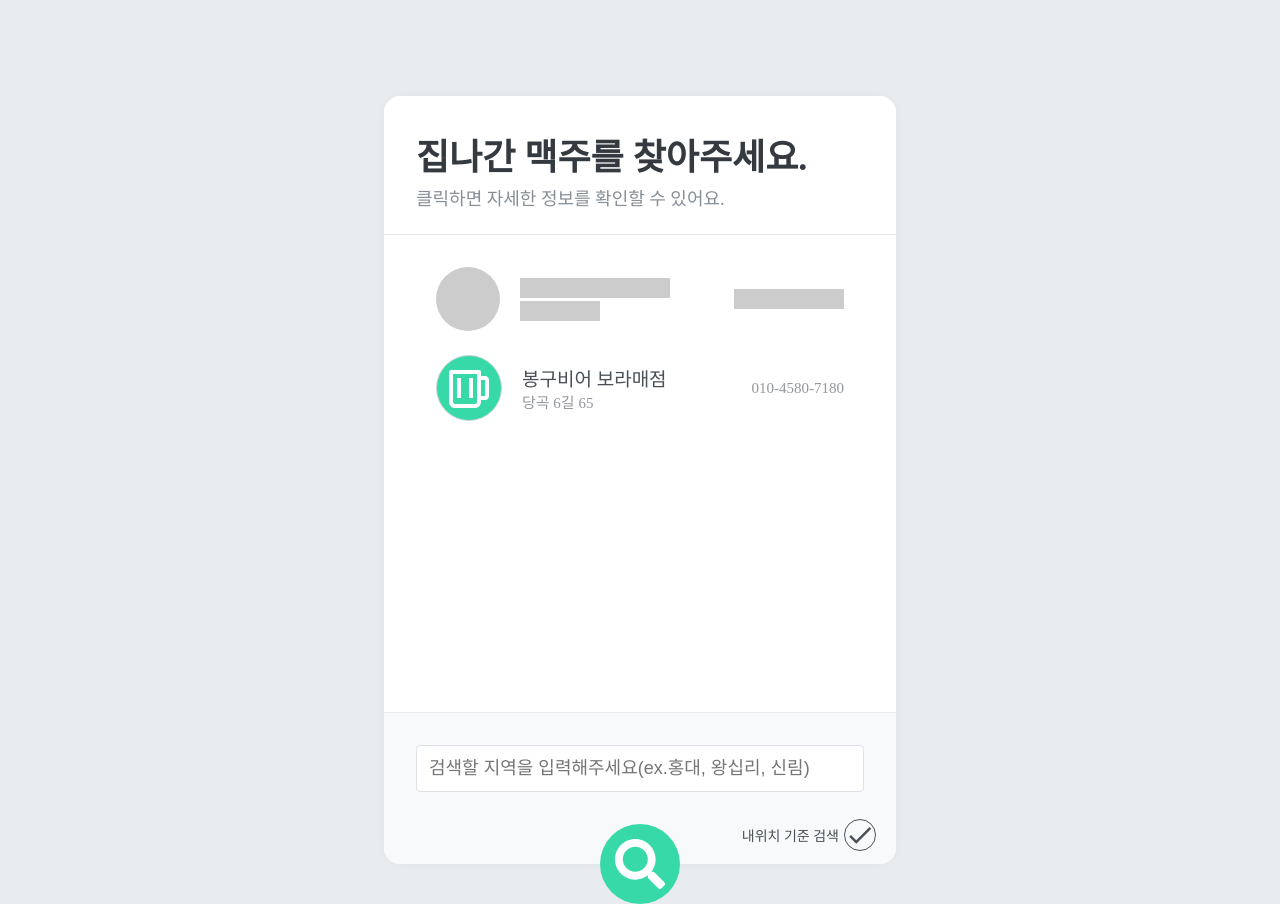
Repository: THE-SOPT-WEB/kimNamjun
Page: / (app in week4/bring-my-beer/)
These files come from the project's save history. The page is drawn as it stood at one moment and after the next save; the edit follows.
The browser window is 1280 px wide. The pictures show the whole page.
The project was rebuilt for these pictures with package versions that can differ from the ones it lists, and the page was loaded fresh each time.

Above is the page before, as saved 2022-05-13 11:36:40.

### week4/bring-my-beer/public/index.html
<!DOCTYPE html>
<html lang="en">
  <head>
    <meta charset="utf-8" />
    <link rel="icon" href="%PUBLIC_URL%/favicon.ico" />
    <meta name="viewport" content="width=device-width, initial-scale=1" />
    <meta name="theme-color" content="#000000" />
    <meta
      name="description"
      content="Web site created using create-react-app"
    />
    <link rel="apple-touch-icon" href="%PUBLIC_URL%/logo192.png" />
    <!--
      manifest.json provides metadata used when your web app is installed on a
      user's mobile device or desktop. See https://developers.google.com/web/fundamentals/web-app-manifest/
    -->
    <link rel="manifest" href="%PUBLIC_URL%/manifest.json" />
    <!--
      Notice the use of %PUBLIC_URL% in the tags above.
      It will be replaced with the URL of the `public` folder during the build.
      Only files inside the `public` folder can be referenced from the HTML.

      Unlike "/favicon.ico" or "favicon.ico", "%PUBLIC_URL%/favicon.ico" will
      work correctly both with client-side routing and a non-root public URL.
      Learn how to configure a non-root public URL by running `npm run build`.
    -->
    <title>우리동네 맥주집</title>
  </head>
  <body>
    <noscript>You need to enable JavaScript to run this app.</noscript>
    <div id="root"></div>
    <!--
      This HTML file is a template.
      If you open it directly in the browser, you will see an empty page.

      You can add webfonts, meta tags, or analytics to this file.
      The build step will place the bundled scripts into the <body> tag.

      To begin the development, run `npm start` or `yarn start`.
      To create a production bundle, use `npm run build` or `yarn build`.
    -->
  </body>
</html>

### week4/bring-my-beer/src/App.js
import React from 'react';
import { createGlobalStyle } from 'styled-components';
import Template from './components/Template';
import Header from './components/Header';
import List from './components/List';
import Search from './components/Search';
import SkeletonItem from './components/SkeletonItem';


const GlobalStyle = createGlobalStyle`
  body {
    background: #e9ecef;
  }
`;

function App() {
  return (
    <>
      <GlobalStyle />
      <Template>
        <Header />
        <List />
        <Search />
      </Template>
    </>
  );
}

export default App;

### week4/bring-my-beer/src/components/Template.jsx
import React from 'react';
import styled from 'styled-components';

const TemplateBlock = styled.div`
  width: 512px;
  height: 768px;

  position: relative;
  background: white;
  border-radius: 16px;
  box-shadow: 0 0 8px 0 rgba(0, 0, 0, 0.04);

  margin: 0 auto;

  margin-top: 96px;
  margin-bottom: 32px;
  display: flex;
  flex-direction: column;
`;

function Template({ children }) {
  return <TemplateBlock>{children}</TemplateBlock>;
}

export default Template;

### week4/bring-my-beer/src/components/Header.jsx
import React from 'react';
import styled from 'styled-components';

const HeaderBlock = styled.div`
  padding: 32px 32px 24px 32px;
  border-bottom: 1px solid #e9ecef;
  h1 {
    margin: 0;
    font-size: 36px;
    color: #343a40;
  }
  .tip {
    margin-top: 4px;
    color: #868e96;
    font-size: 18px;
  }
`;

function Header() {
  return (
    <HeaderBlock>
      <h1>집나간 맥주를 찾아주세요. </h1>
      <div className="tip">클릭하면 자세한 정보를 확인할 수 있어요.</div>
    </HeaderBlock>
  );
}

export default Header;

### week4/bring-my-beer/src/components/List.jsx
import React from 'react';
import axios from "axios";
import Skeleton, { SkeletonTheme } from 'react-loading-skeleton'
import styled from 'styled-components';
import Item from './Item';
import SkeletonItem from './SkeletonItem';

const ListBlock = styled.div`
  flex: 1;
  padding: 20px 32px;
  padding-bottom: 48px;
  overflow-y: auto;
`;

function List() {
  return (
    <ListBlock>
      <SkeletonItem/>
      <Item title="봉구비어 보라매점" adress='당곡 6길 65' contact='010-4580-7180'/>
    </ListBlock>
  );
}

export default List;

### week4/bring-my-beer/src/components/Search.jsx
import React, {useState} from 'react';
import styled, {css} from 'styled-components';
import { FaSearch } from 'react-icons/fa';
import { MdDone } from 'react-icons/md';

const CircleButton = styled.button`
  background: #38d9a9;
  &:hover {
    background: #63e6be;
  }
  &:active {
    background: #20c997;
  }

  cursor: pointer;
  width: 80px;
  height: 80px;
  display: block;
  align-items: center;
  justify-content: center;
  font-size: 50px;
  position: absolute;
  left: 50%;
  bottom: 0px;
  transform: translate(-50%, 50%);
  color: white;
  border-radius: 50%;
  border: none;
  outline: none;
  display: flex;
  align-items: center;
  justify-content: center;
  transition: 0.125s all ease-in;

`;

const InsertFormPositioner = styled.div`
  width: 100%;
  bottom: 0;
  left: 0;
  position: absolute;
`;

const InsertForm = styled.form`
  background: #f8f9fa;
  padding: 32px 32px 72px 32px;
  border-bottom-left-radius: 16px;
  border-bottom-right-radius: 16px;
  border-top: 1px solid #e9ecef;
`;

const Input = styled.input`
  padding: 12px;
  border-radius: 4px;
  border: 1px solid #dee2e6;
  width: 100%;
  outline: none;
  font-size: 18px;
  box-sizing: border-box;
`;

const CheckBox = styled.div`
  font-size: 14px;
  position: absolute;
  right: 20px;
  bottom: 5px;
  display: flex;
  align-items: center;
  justify-content: center;
  transition: 0.125s all ease-in;
  color: #495057;
`

const SmallCheckButton = styled.div`
  &:hover {
    border: 1px solid #38d9a9;
    color:#38d9a9;
  }
  &:active {
    border: 1px solid #20c997;;
    color:#20c997;;
  }

  cursor: pointer;
  width: 30px;
  height: 30px;
  font-size: 50px;
  color: #495057;
  border: 1px solid #495057;
  border-radius: 50%;
  margin-left: 5px;
  display: flex;
  align-items: center;
  justify-content: center;

  transition: 0.125s all ease-in;
  ${props =>
    props.checked &&
    css`
      border: 1px solid #38d9a9;
      color:#38d9a9;
    `}
`

function Search() {

  const [checked, setChecked] = useState(false);

  const onToggle = () => setChecked(!checked);

  return (
    <>
        <InsertFormPositioner>
          <InsertForm>
            <Input autoFocus placeholder="검색할 지역을 입력해주세요(ex.홍대, 왕십리, 신림)" disabled={checked ? true : false } />
          </InsertForm>
        </InsertFormPositioner>
      <CircleButton>
        <FaSearch/>
      </CircleButton>
      <CheckBox>
        <p> 내위치 기준 검색</p>
        <SmallCheckButton onClick={onToggle} checked={ checked ? true : false }>
          <MdDone/>
        </SmallCheckButton>
      </CheckBox>

    </>
  );
}

export default Search;

### week4/bring-my-beer/src/components/SkeletonItem.jsx
import React from 'react';
import styled  from 'styled-components';

const SkeletonBlock = styled.div`
    display: flex;
    align-items: center;
    padding: 12px 20px;
    overflow: hidden;
    position: relative;

    @keyframes loading {
    0% {
        transform: translateX(0);
    }
    50%,
    100% {
        transform: translateX(460px);
        }
    }
`;

const SkeletonBase = styled.div`
    overflow: hidden;
    position: relative;
    height:20px;
    background-color: #ccc;

    &::before{
        content: "";
        position: absolute;
        top: 0;
        left: 0;
        width: 130px;
        height: 100%;
        background: linear-gradient(to right, #ddd, #f2f2f2, #ddd);
        animation: loading 1.6s infinite linear;
    }
`

const SkeletonIcon = styled(SkeletonBase)`
    width: 64px;
    height: 64px;
    border-radius: 50px;
    margin-right: 20px;
`;

const SkeletonTitleBox = styled.div`
    flex-grow: 1;
`

const SkeletonTitle = styled(SkeletonBase)`
    width: 150px;
`;

const SkeletonAdress = styled(SkeletonBase)`
    width: 80px;
    margin-top: 3px;
`

const  SkeletonContact = styled(SkeletonBase)`
    width: 110px;
`

function SkeletonItem() {
    return (
    <SkeletonBlock>
        <SkeletonIcon/>
    <SkeletonTitleBox>
        <SkeletonTitle/>
        <SkeletonAdress/>
    </SkeletonTitleBox>
    <SkeletonContact/>
    </SkeletonBlock>
    );
}

export default SkeletonItem;

### week4/bring-my-beer/src/components/Item.jsx
import React from 'react';
import styled  from 'styled-components';
import { BiBeer } from 'react-icons/bi';

const ItemBlock = styled.div`
  display: flex;
  align-items: center;
  padding: 12px 20px;
  border-radius:10px;
  transition: 0.25s all ease-in;
  cursor: pointer;
  &:hover{
    transform: scale(1.05);
  }
`;

const Icon = styled.div`
  width: 64px;
  height: 64px;
  border-radius: 50px;
  border: 1px solid #ced4da;
  font-size: 48px;
  display: flex;
  align-items: center;
  justify-content: center;
  margin-right: 20px;
  cursor: pointer;
  background-color: #38d9a9;
  color: #fff;
`;

const Title = styled.div`
  flex: 1;
  font-size: 19px;
  color: #495057;
`;

const Adress = styled.div`
  font-size: 15px;
  color: #94979b;
`

const  Contact = styled.div`
  font-size: 15px;
  color: #94979b;
`

function Item({ title,adress,contact }) {
  return (
    <ItemBlock>
      <Icon >
        <BiBeer />
      </Icon>
      <Title >{title}
        <Adress>{adress}</Adress>
      </Title>
      <Contact>{contact}</Contact>
    </ItemBlock>
  );
}

export default Item;

Loaded but not shown: week4/bring-my-beer/src/index.js (common file)

After the next save:
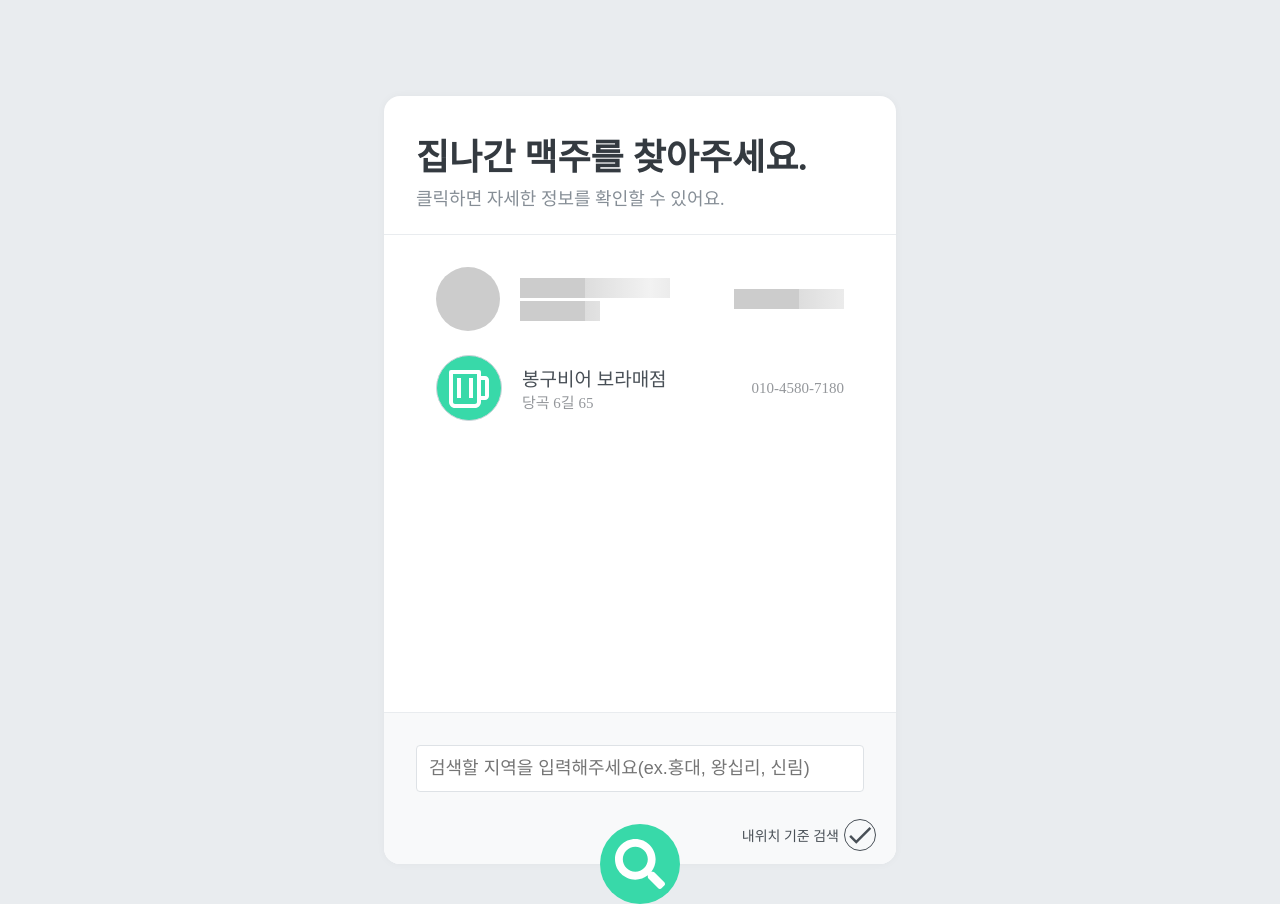
Saved 8 min 32 s later.
--- a/week4/bring-my-beer/src/components/SkeletonItem.jsx
+++ b/week4/bring-my-beer/src/components/SkeletonItem.jsx
@@ -9,12 +9,26 @@
     position: relative;
 
     @keyframes loading {
-    0% {
+            0% {
         transform: translateX(0);
-    }
-    50%,
-    100% {
-        transform: translateX(460px);
+        opacity: 0;
+        }
+
+        20% {
+        opacity: 0.25;
+        }
+
+        50% {
+        opacity: 1;
+        }
+
+        80% {
+        opacity: 0.5;
+        }
+
+        100% {
+        transform: translateX(100%);
+        opacity: 0;
         }
     }
 `;

After the save that followed:
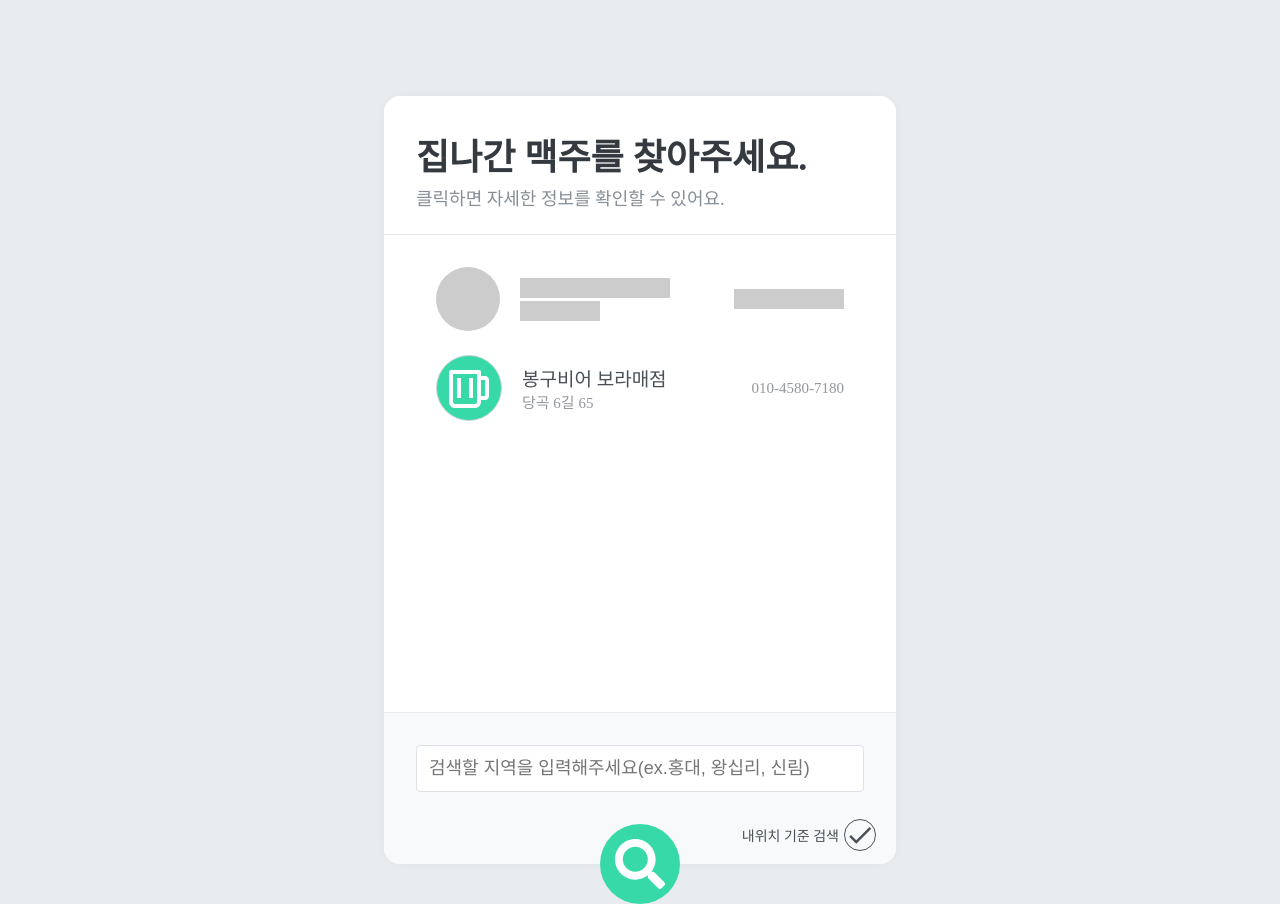
Saved 51 s later.
--- a/week4/bring-my-beer/src/components/SkeletonItem.jsx
+++ b/week4/bring-my-beer/src/components/SkeletonItem.jsx
@@ -9,26 +9,12 @@
     position: relative;
 
     @keyframes loading {
-            0% {
+    0% {
         transform: translateX(0);
-        opacity: 0;
-        }
-
-        20% {
-        opacity: 0.25;
-        }
-
-        50% {
-        opacity: 1;
-        }
-
-        80% {
-        opacity: 0.5;
-        }
-
-        100% {
-        transform: translateX(100%);
-        opacity: 0;
+    }
+    50%,
+    100% {
+        transform: translateX(460px);
         }
     }
 `;
